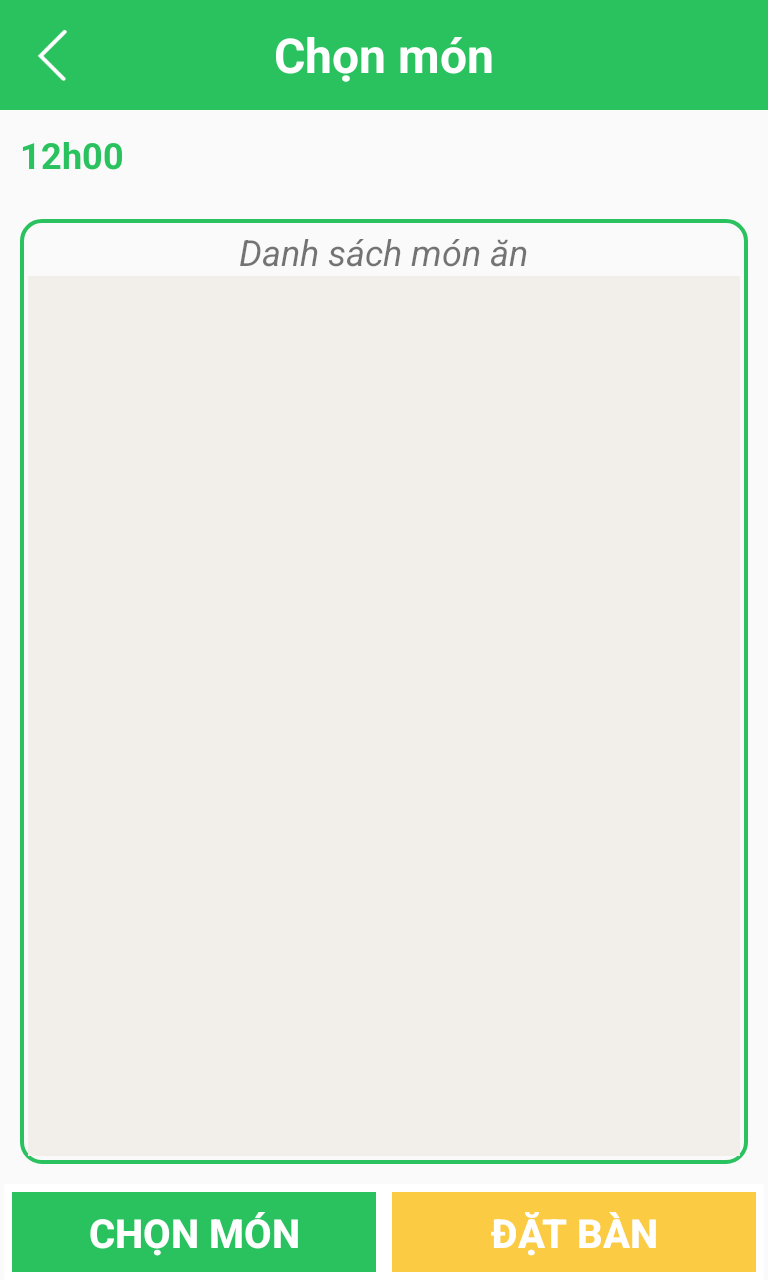
Repository: yenthanh132/Intelresment_AndroidClientApp
Layout: Intelresment/res/layout/activity_order.xml
An editor plug-in stored every save of this project. The layout is shown before and after the next save, followed by the edit.
It is drawn on a 768 x 1280 px phone screen (xhdpi) without system bars, with theme AppTheme; the app's code is not run. Lists and similar views that code fills are empty.

Above is the layout before, as saved 2014-12-27 07:37:31.

After the next save:
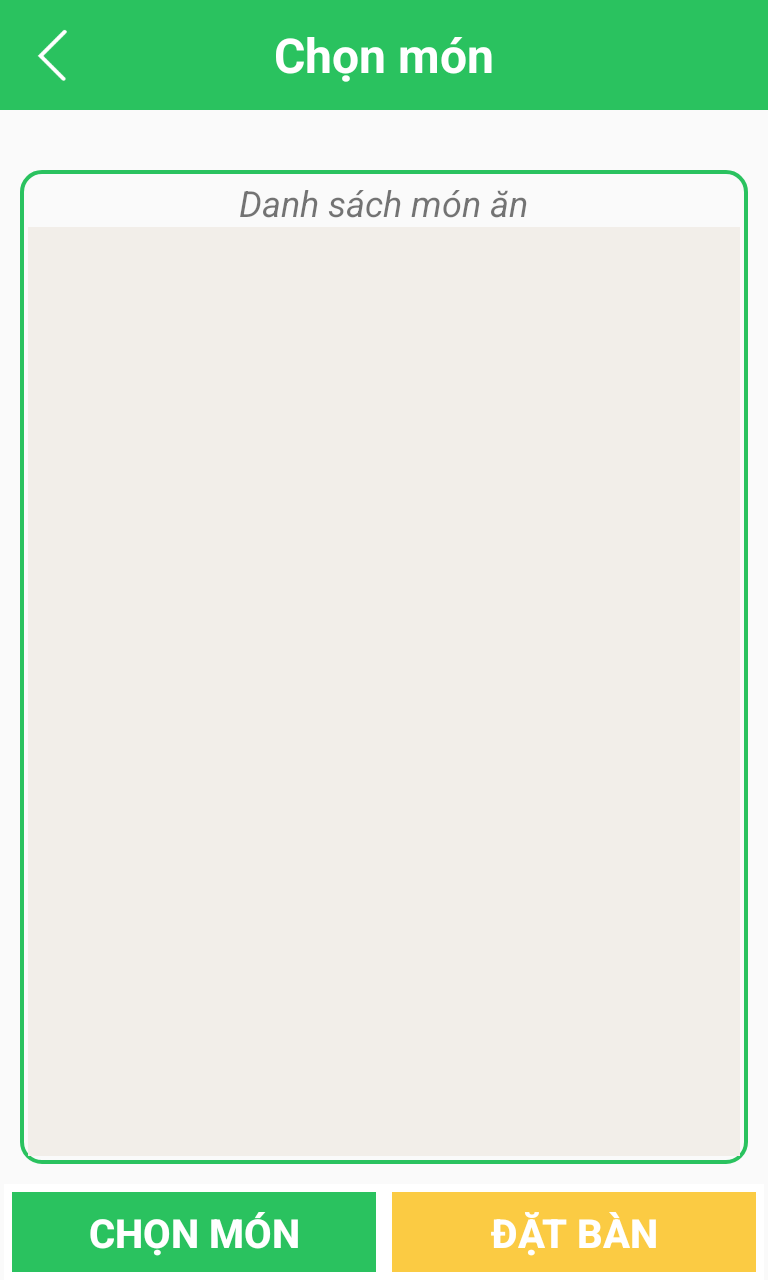
Saved 13 s later.
--- a/Intelresment/res/layout/activity_order.xml
+++ b/Intelresment/res/layout/activity_order.xml
@@ -38,16 +38,6 @@
         android:padding="10dp" >
 
 
-
-        <TextView
-            android:id="@+id/tvOrderDate"
-            android:layout_width="wrap_content"
-            android:layout_height="wrap_content"
-            android:layout_toRightOf="@+id/tvLabel1"
-            android:text="12h00"
-            android:textColor="#2AC25F"
-            android:textSize="18sp"
-            android:textStyle="bold" />
 
         <RelativeLayout
             android:id="@+id/panelFood"
